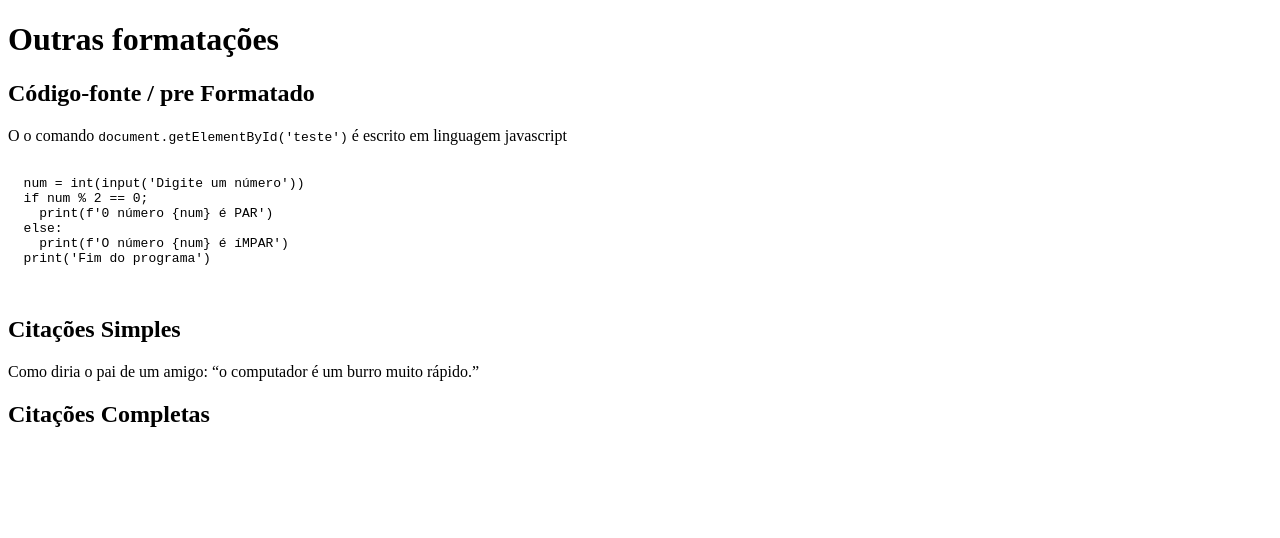
Repository: pheonix5/Estudo
Page: html-css/exercicios/ex008b/index.html
An editor plug-in stored every save of this project. The page is shown before and after the next save, followed by the edit.
The browser window is 1280 px wide. The pictures show the whole page.

Above is the page before, as saved 2023-07-25 20:30:46.

After the next save:
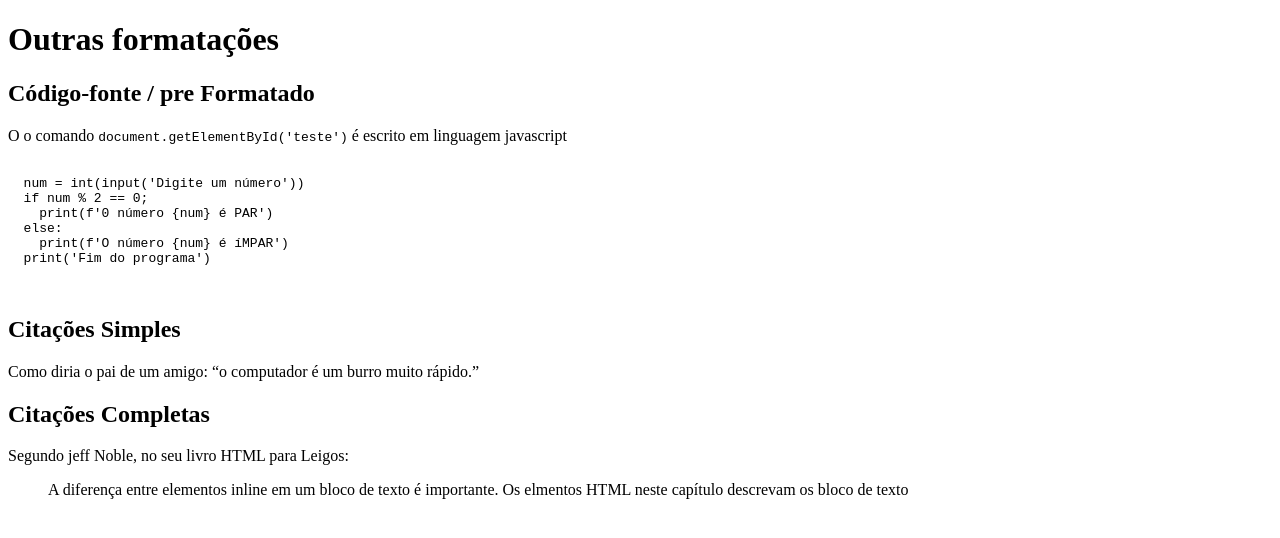
Saved 2 min 4 s later.
--- a/html-css/exercicios/ex008b/index.html
+++ b/html-css/exercicios/ex008b/index.html
@@ -22,5 +22,9 @@
   <h2>Citações Simples</h2>
   <p>Como diria o pai de um amigo: <q>o computador é um burro muito rápido.</q></p>
   <h2>Citações Completas</h2>
+  <p>Segundo jeff Noble, no seu livro HTML para Leigos: </p>
+  <blockquote>
+    A diferença entre elementos inline em um bloco de texto é importante. Os elmentos HTML neste capítulo descrevam os bloco de texto
+  </blockquote>
 </body>
 </html>
